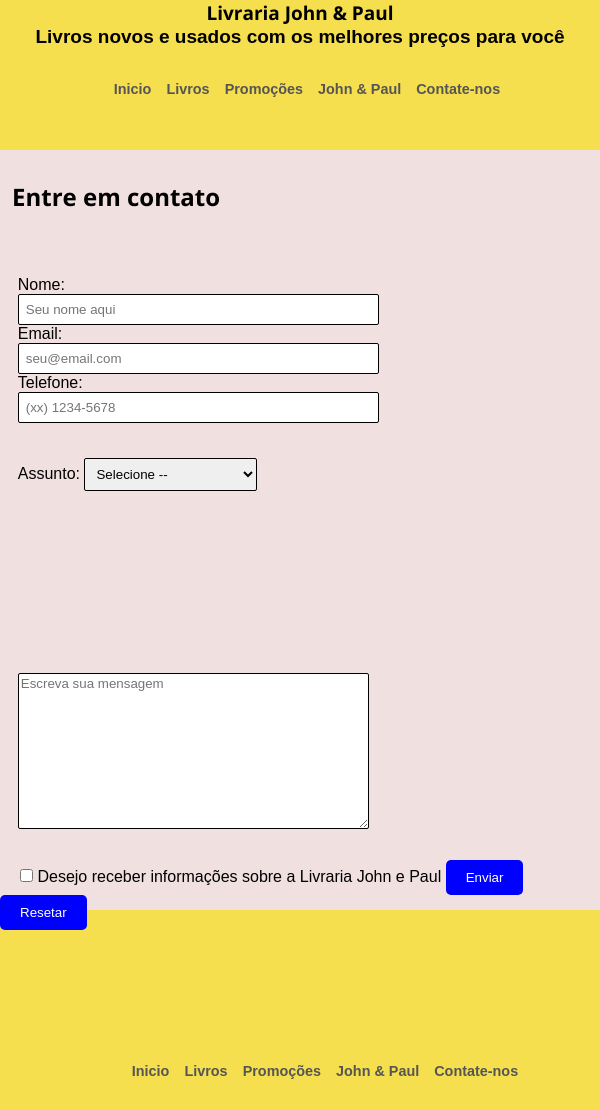
Repository: MarcoantonioCaldeira/Site-livraria-John-e-Paul
Page: contato.html
An editor plug-in stored every save of this project. The page is shown before and after the next save, followed by the edit.
The browser window is 600 px wide. The pictures show the whole page.

Above is the page before, as saved 2022-09-25 21:39:50.

### contato.html
<!doctype html>
<html dir="ltr" lang="pt-BR">
<head>
   <meta charset="utf-8">
   <meta name="viewport" content="width=device-width, initial-scale=1.0">

   <title>Meu Primeiro Projeto</title>
   <link rel="stylesheet" href="css/estilo.css">
</head>
<body>
<header id="topo">
   <h1 class="textoVermelho center"> Livraria John & Paul</h1>
   <h2 class="center">Livros novos e usados com os melhores preços para você</h2>

<nav id="menu">
   <ul>
      <li><a href="index.html">Inicio</a></li>
      <li><a href="produtos.html">Livros</a></li>
      <li><a href="#">Promoções</a></li>
      <li><a href="sobre.html">John & Paul</a></li>
      <li><a href="contato.html">Contate-nos</a></li>
   </ul>
</nav>
</header>
<section class="section-contato">
   <h1 style="margin-left: 2%; margin-top: 5%;">Entre em contato</h1>
   <form class="formulario">
      <fieldset>

         <div style="margin-top:10%" class="formulario">
            <label for="nome">Nome:</label>
            <input type="text" name="nome" id="nome" placeholder="Seu nome aqui">
            <label for="email">Email:</label>
            <input type="email" name="email" id="email" placeholder="seu@email.com">
            <label for="tel">Telefone:</label>
            <input type="tel" name="tel" id="tel" placeholder="(xx) 1234-5678" >
            <label for="assunto">Assunto:</label>
            <select name="assunto" id="assunto">
               <option selected="selected">Selecione --</option>
               <option>Trocas</option>
               <option>Atendimento</option>
               <option>Comercial</option>
               <option>Outros</option>
            </select>
         </div>
         <div>
            <textarea name="msg" id="msg" cols="20" rows="10" placeholder="Escreva sua mensagem"></textarea>
         </div>
      </fieldset>
      <input type="checkbox" name="news" id="news">
      <label for="news" >Desejo receber informações sobre a Livraria John e Paul</label>

      <button type="submit">Enviar</button>
      <button type="reset">Resetar</button>
   </form>
</section>
<footer id="rodape">
   <ul class="ul_rodape">
      <li><a href="index.html">Inicio</a></li>
      <li><a href="produtos.html">Livros</a></li>
      <li><a href="#">Promoções</a></li>
      <li><a href="sobre.html">John & Paul</a></li>
      <li><a href="contato.html">Contate-nos</a></li>
   </ul>
</footer>
</body>
</html>

### css/estilo.css
/* Import font from google */
@import url(http://fonts.googleapis.com/css?family=Open+Sans:400,300,700);

*{
   margin: 0;
}


body{
   background-color:  rgb(240, 224, 224);
   font-family: sans-serif;
   margin: 0;
   padding: 0;
}
h1,h3,h4,h5,h6{
   font-family: 'Open Sans', sans-serif;
}

.h2_destaque{
   margin-left: 45%;
   margin-top: 5%;
   color:#555;
   font-family: 'Open Sans', sans-serif;
}

#topo{
   background-color: #f5df4e;
   width: 100%;
   height:150px;
   margin:0 auto;
}

.destaques{
   background-color: rgb(240, 224, 224);
   width: 100%;
   height:1300px;
}


#menu{
   width:50%;
   text-align: center;
   margin-top: 2%;
   margin-left: 25%;
   height:50px;
}

a{
   font-weight:600;
   text-decoration: none;
   margin-left: 10px;
   font-family: arial;
   color:#555;
}

#menu li{
   display:inline;
}
.destaques li{
   width: 50%;
   float: left;
   text-align: center;
   list-style: none;
   padding: 20px 0;
}

ul{
   font-size: 18px;
}


.ul_rodape{
   margin-top: 10%;
}

.destaques li strong{
   width: 100%;
   display: block;
}
.center{
   text-align: center;
}



button{
   padding: 10px 20px;
   background-color: blue;
   color: #fff;
   border: none;
   -webkit-border-radius: 5px;
   -moz-border-radius: 5px;
   border-radius: 5px;
}
#rodape{
   width: 100%;
   height: 200px;
   background-color:  #f5df4e;
   color: #ccc;
   float: left;
   text-align: center;
}

p{
   color: #555;
   line-height: 34px;
   margin-left: 4%;
}

li {
   display: inline;
}

/*Produtos*/

.produtos{

   height:600px;
}

table{
   position: relative;
   margin-left: 27%;
   top: 20%;
   background-color:rgb(240, 224, 224);
   border-radius: 5px;
   border: 1px solid #555;
}

tr, td{
   border: 1px solid #555;
}


/*Sobre*/


.sobre{
   width: 100%;
   height:1400px;
}

h4
{
   text-align: center;
}

.h1-sobre{
   margin-top: 6%;
   margin-left: 40%;
}

.section-info{
   position: relative;
   margin-left: 24%;
   margin-top: 4%;
   width: 50%;
   height:200px;
}


.h3-valores{
   margin-top: 6%;
   margin-left: 43%;
}

.section-valores{
   position: relative;
   margin-left: 24%;
   margin-top: 4%;
   width: 50%;
   height:200px;
}

.h3-valores-2{
   margin-top: 4%;
   margin-left: 47%;
}

.h3-missao{
   margin-top: 4%;
   margin-left: 47%;
}

.section-missao{
   position: relative;
   margin-left: 24%;
   margin-top: 4%;
   width: 50%;
   height:200px;
}


/*Contato*/

.section-contato{
   background-color:rgb(240, 224, 224);
   width: 100%;
   height: 730px;
}

.formulario{
   height:500px;
}


form fieldset{
   border: none;
}
form legend{
   text-transform: uppercase;
   font-size: 1.2em;
   padding: 0;
   width: 100%;
   border-bottom: 1px solid #555;
}
form label{
   width: 50%;
}

form input:not([type=checkbox]){
   width: 100%;
   padding: 7px;
   border-radius: 2px;
   border: 1px solid;
}

form select{
   width: 50%;
   border-radius: 2px;
   margin-top: 10%;
   padding: 7px;
   border: 1px solid;
}

form textarea{
   width: 100%;
   font-family: arial;
   border-radius: 2px;
   border: 1px solid;
}
form div{
   width: 30%;
   margin: 0 1%;
   margin-top: -18%;
   height: 150px;
}

#news{
   margin-top:6%;
   margin-left: 20px;
}




@media  screen and (max-width: 750px){

   .destaques{
      height:1150px;
   }

   h2.center, h1.center{
      font-size: 19px;
   }

   #menu{
      width:80%;
      text-align: center;
      margin-top: 5%;
      margin-left: 7%;
      height:50px;
   }


/*Menu responsivo*/

.menu a:not(:first-child) {display: none;}
  .menu a .icon {
    float: right;
    display: block;
  }

.menu .responsive {position: relative;}
.menu .responsive .icon {
  position: absolute;
  right: 0;
  top: 0;
}
.menu .responsive a {
  float: none;
  display: block;
  text-align: left;
}

   a{
      font-size: 80%;
   }

   img{
      width:130px;
      height:200px;
   }

   h2.h2_destaque{
      margin-left: 40%;
   }

   .ul_rodape{
      margin-top: 25%;
      color: red;
   }

   p{
      color: black;
      margin-top: 1%;
      margin-left: 10%;
   }


   /*Pagina Sobre*/

   h4{
      font-size: 80%;
   }

   .h1-sobre{
      margin-left: 27%;
   }

   .h3-valores{
      margin-left: 36%;
   }

   .h3-valores-2{
      margin-left: 45%;
   }

   .h3-missao{
      margin-left: 45%;
   }

   .section-info{
      height:330px;
      margin-left: 26%;
   }

   .section-valores{
      height:220px;
      margin-left: 26%;
   }

   .section-missao{
      height:330px;
      margin-left: 29%;
   }

   /*Contato*/

   form div{
      width: 60%;
      margin: 0 1%;
      margin-top: -18%;
      height: 150px;
   }

}

After the next save:
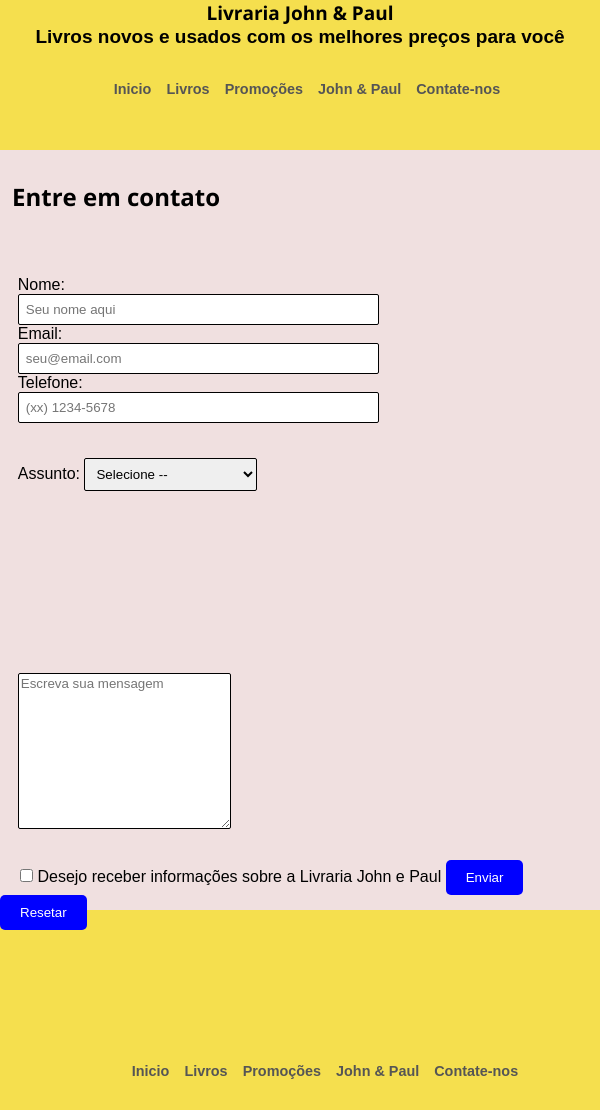
Saved 40 s later.
--- a/css/estilo.css
+++ b/css/estilo.css
@@ -364,4 +364,10 @@
       height: 150px;
    }
 
-}
+   form textarea{
+      width: 60%;
+      font-family: arial;
+      border-radius: 2px;
+      border: 1px solid;
+   }
+}

After the save that followed:
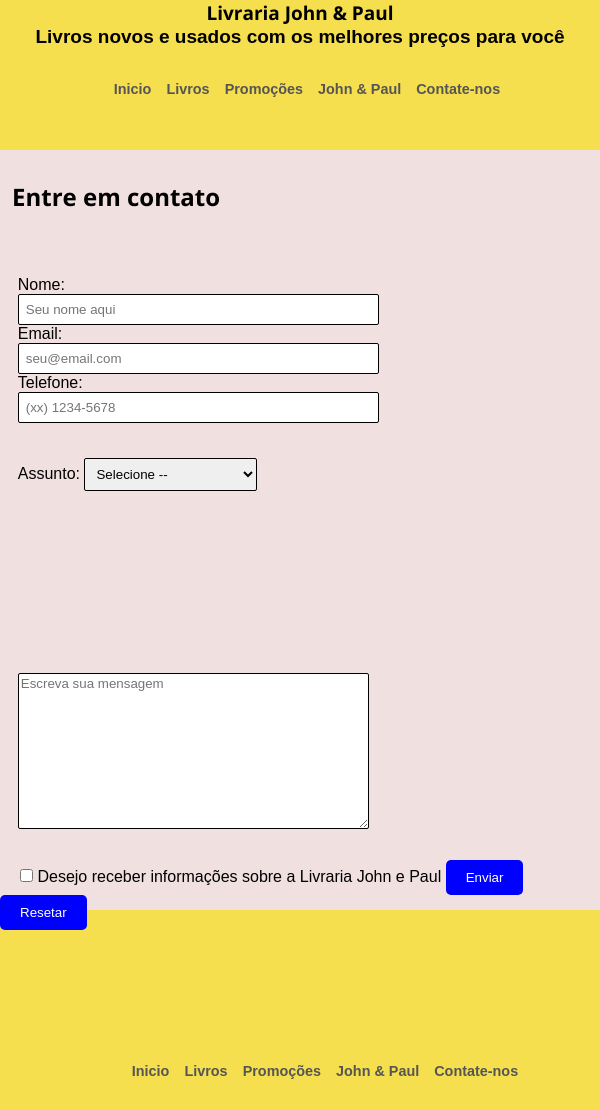
Saved 4 s later.
--- a/css/estilo.css
+++ b/css/estilo.css
@@ -365,7 +365,7 @@
    }
 
    form textarea{
-      width: 60%;
+      width: 100%;
       font-family: arial;
       border-radius: 2px;
       border: 1px solid;
